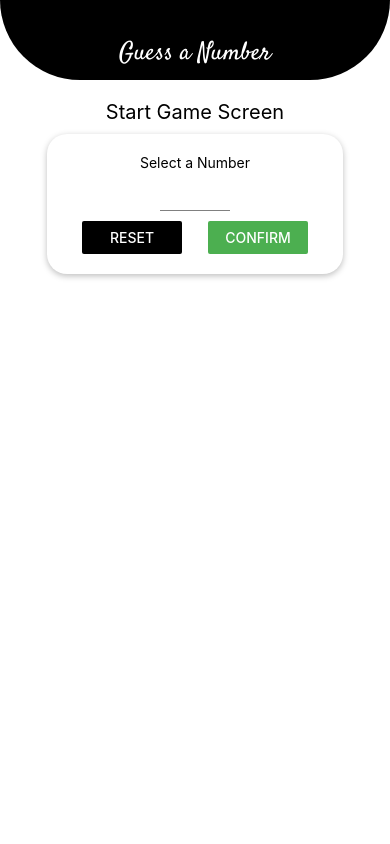
Repository: oguzhan18m/react-native-guess-number-game
Screen: /
These files come from the project's save history. The screen is drawn as it stood at one moment and after the next save; the edit follows.
The app was drawn by React Native's web renderer in a window 390 px wide. The project was rebuilt for these pictures with package versions that can differ from the ones it lists, and the page was loaded fresh each time. Some packages were replaced by stand-ins written for this rebuild. Also part of the build but not shown: screens/GameScreen.js, screens/GameOver.js.

Above is the screen before, as saved 2021-03-05 00:04:12.

### App.js
import React, { useState } from 'react';
import { StyleSheet, Text, View } from 'react-native';
import Header from './components/Header';
import StartGameScreen from './screens/StartGameScreen';
import GameScreen from './screens/GameScreen';
import GameOver from './screens/GameOver';
import * as Font from 'expo-font';
import { useFonts } from 'expo-font';
import AppLoading from 'expo-app-loading';

const fetchFonts = () => {
  return Font.loadAsync({
    'Satisfy' : require('./assets/fonts/Satisfy-Regular.ttf'),
  })
}

export default function App() {
  const [userNumber, setUserNumber] = useState();
  const [guessRounds, setGuessRounds] = useState(0);
  const [dataLoaded , setDataLoaded] = useState(false);


  if(!dataLoaded){
    return (
      <AppLoading startAsync={fetchFonts}  onFinish={() => setDataLoaded(true)}  onError={(err)=>console.log(err)} />
    )
  }


  const configureNewGameHandler = () =>{
    setGuessRounds(0);
    setUserNumber(null);
  }

  const startGameHandler = (selectedNum) =>{
    setUserNumber(selectedNum);
  }

    const gameOverHandler = (numOfRounds) =>{
      setGuessRounds(numOfRounds);
  }

  let content = <StartGameScreen onStartGame={startGameHandler} />;

  console.log(userNumber);

  if(userNumber && guessRounds <=0 ){
    content=<GameScreen userChoice={userNumber} onGameOver={gameOverHandler} />
  }else if(guessRounds >0){
    content= <GameOver roundsNumber={guessRounds} userNumber={userNumber} configureNewGameHandler={configureNewGameHandler} />;
  }
  return (
    <View style={styles.screen}>
      <Header title='Guess a Number' />
      {content}
    </View>
  );
}

const styles = StyleSheet.create({
  screen:{
    flex:1,

  }
});

### components/Header.js
import React from 'react';
import { StyleSheet, Text, View } from 'react-native';
import Colors from '../constants/Colors';

const Header = (props) => {
    return (
        <View style={styles.header}>
            <Text style={styles.headerTitle}>{props.title}</Text>

        </View>
    )
}

const styles = StyleSheet.create({
    header:{
        width:'100%',
        height:80,
        paddingTop:36,
        backgroundColor:'black',
        alignItems:'center',
        justifyContent:'center',
        borderBottomLeftRadius:150,
        borderBottomRightRadius:150,
    },
    headerTitle:{
        color:'white',
        fontSize:25,
        fontFamily:'Satisfy',
        marginBottom:10,
    }
});

export default Header;

### screens/StartGameScreen.js
import React, { useState } from 'react';
import { Button, StyleSheet, Text, View, TouchableWithoutFeedback, Keyboard, Alert } from 'react-native';
import Card from '../components/Card';
import Input from '../components/Input';
import Colors from '../constants/Colors';

const StartGameScreen = (props) => {
    const [ enteredValue, setEnteredValue] = useState('');
    const [ confirmed, setConfirmed] = useState(false);
    const [ selectedNumber, setSelectedNumber] = useState();



    const numberInputHandler = (inputText) =>{
        setEnteredValue(inputText);
    }

    const resetInputHandler = () =>{
        setEnteredValue('');
        setConfirmed(false);
    }

    const confirmInputHandler = () =>{
        const chosenNumber = parseInt(enteredValue);
        if(chosenNumber === NaN || chosenNumber <= 0 || chosenNumber > 99 ){
            Alert.alert('Invalid Number!' , 'Number has to be between 1 and 99.' ,[{text:'Okay', style:'destructive', onPress:resetInputHandler}]);
            return ;
        }
        setConfirmed(true);
        setSelectedNumber(chosenNumber);
        setEnteredValue('');
        Keyboard.dismiss()
    }

    let confirmedOutput;
    if(confirmed){
        confirmedOutput = (
            <Card style={styles.summaryContainer}>
                <Text>You selected</Text>
                <View style={styles.numberContainer}>
                    <Text style={styles.theNumber}>{selectedNumber}</Text>
                </View>
                <Button title='START GAME' onPress={()=> props.onStartGame(selectedNumber)} />
            </Card>
        )
    }
    return (
        <TouchableWithoutFeedback onPress={()=>Keyboard.dismiss()}>
        <View style={styles.screen}>
            <Text style={styles.title}>Start Game Screen</Text>
            <Card style={styles.inputContainer}>
                <Text>Select a Number</Text>
                <Input  style={styles.input}
                blurOnSubmit
                autoCapitalize='none'
                autoCorrect={false}
                keyboardType='number-pad'
                maxLength={2}
                onChangeText={numberInputHandler}
                value={enteredValue}
                />
                <View style={styles.buttonContainer}>
                    <View style={styles.button}>
                    <Button title='Reset' onPress={resetInputHandler} color={Colors.accent} />
                    </View>
                    <View style={styles.button}>
                    <Button title='Confirm' onPress={confirmInputHandler} color={Colors.primary} />
                    </View>
                </View>
            </Card>
            {confirmedOutput}
        </View>
        </TouchableWithoutFeedback>
    )
}

const styles = StyleSheet.create({
    screen : {
        flex:1,
        padding:10,
        alignItems:'center',

    },
    title:{
        fontSize:20,
        marginVertical:10,

    },
    buttonContainer:{
        flexDirection:'row',
        alignItems:'center',
        justifyContent:'space-between',
        width:'100%',
        paddingHorizontal:15,
    },
    inputContainer:{
        width:300,
        maxWidth:'80%',
        alignItems:'center',
    },
    button: {
        width:100,
    },
    input:{
        width:70,
        textAlign:'center',
    },
    summaryContainer:{
        marginTop:20,
        alignItems:'center',

    },
    numberContainer:{
        borderWidth:5,
        borderColor: Colors.accent,
        padding:10,
        borderRadius:10,
        marginVertical:10,
        alignItems:'center',
        justifyContent:'center',
    },
    theNumber:{
        color:Colors.accent,
        fontSize:22,
    }

});

export default StartGameScreen;

### constants/Colors.js
export default {
    primary:'#4CAF50',
    accent:'black',
}

### components/Card.js
import React from 'react';
import { Button, StyleSheet, Text, TextInput, View } from 'react-native';

const Card = (props) => {
    return (
        <View style={{...styles.card, ...props.style}}>
            {props.children}
        </View>
    )
}



const styles = StyleSheet.create({
    card:{
        shadowColor:'black',
        shadowOffset:{width:0, height:2},
        shadowRadius:6,
        shadowOpacity:0.26,
        backgroundColor:'white',
        elevation:5,
        padding:20,
        borderRadius:20,
    }
});
export default Card;

### components/Input.js
import React from 'react';
import { Button, StyleSheet, Text, TextInput, View } from 'react-native';

const Input = (props) => {
    return (
            <TextInput {...props} style={{...styles.input , ...props.style }} />
    )
};


const styles = StyleSheet.create({
    input:{
        height:30,
        borderBottomColor:'grey',
        borderBottomWidth:1,
        marginVertical:10,
    }
});

export default Input;

After the next save:
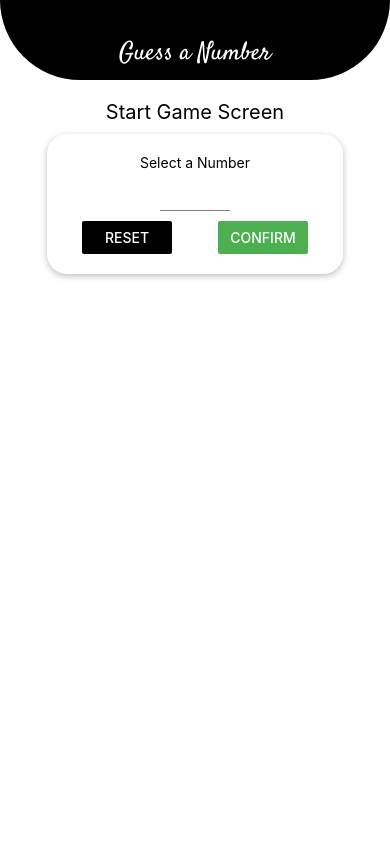
Saved 54 s later.
--- a/screens/StartGameScreen.js
+++ b/screens/StartGameScreen.js
@@ -99,7 +99,7 @@ const styles = StyleSheet.create({
         alignItems:'center',
     },
     button: {
-        width:100,
+        width:90,
     },
     input:{
         width:70,
